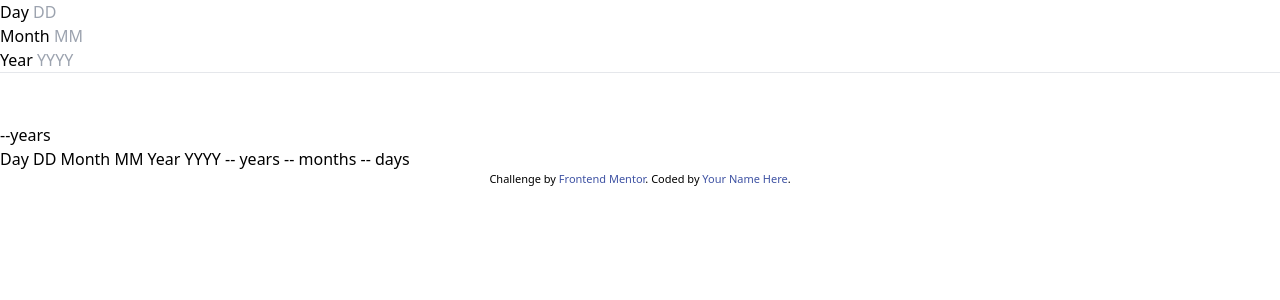
Repository: blordeus/age-calculator-app-main
Page: index.html
An editor plug-in stored every save of this project. The page is shown before and after the next save, followed by the edit.
The browser window is 1280 px wide. The pictures show the whole page.

Above is the page before, as saved 2023-08-25 19:54:41.

### index.html
<!DOCTYPE html>
<html lang="en">
<head>
  <meta charset="UTF-8">
  <meta name="viewport" content="width=device-width, initial-scale=1.0"> <!-- displays site properly based on user's device -->

  <link rel="icon" type="image/png" sizes="32x32" href="./assets/images/favicon-32x32.png">
  <link rel="stylesheet" href="style.css">
  <link rel="stylesheet" href="./dist/output.css">
  <title>Frontend Mentor | Age calculator app</title>

</head>
<body>
  <div class="card">
    <div class="card-container">
      <form>
        <div class="form_container">
          <div class="block">
            <label for="day">Day</label>
            <input type="text" id="day" placeholder="DD">
            <small></small>
          </div>
          <div class="block">
            <label for="month">Month</label>
            <input type="text" id="month" placeholder="MM">
            <small></small>
          </div>
          <div class="block">
            <label for="year">Year</label>
            <input type="text" id="year" placeholder="YYYY">
            <small></small>
          </div>
          <div class="submit_block">
            <hr>
            <button type="submit" class="submit_btn">
              <img src="./assets/images/icon-arrow.svg" alt="arrow icon">
            </button>
          </div>
        </div>
      </form>
      <div class="output">
        <h1><span id="YY">--</span>years</h1>
      </div>
    </div>
  </div>

  Day
  DD

  Month
  MM

  Year
  YYYY

  -- years
  -- months
  -- days

  <div class="attribution">
    Challenge by <a rel="noopener" href="https://www.frontendmentor.io?ref=challenge" target="_blank">Frontend Mentor</a>.
    Coded by <a href="#">Your Name Here</a>.
  </div>

  <script class="script.js"></script>
</body>
</html>

### style.css
  @import url('https://fonts.googleapis.com/css2?family=Manrope:wght@800&display=swap');

  .attribution { font-size: 11px; text-align: center; }
  .attribution a { color: hsl(228, 45%, 44%); }

### dist/output.css
/*
! tailwindcss v3.3.3 | MIT License | https://tailwindcss.com
*/

/*
1. Prevent padding and border from affecting element width. (https://github.com/mozdevs/cssremedy/issues/4)
2. Allow adding a border to an element by just adding a border-width. (https://github.com/tailwindcss/tailwindcss/pull/116)
*/

*,
::before,
::after {
  box-sizing: border-box;
  /* 1 */
  border-width: 0;
  /* 2 */
  border-style: solid;
  /* 2 */
  border-color: #e5e7eb;
  /* 2 */
}

::before,
::after {
  --tw-content: '';
}

/*
1. Use a consistent sensible line-height in all browsers.
2. Prevent adjustments of font size after orientation changes in iOS.
3. Use a more readable tab size.
4. Use the user's configured `sans` font-family by default.
5. Use the user's configured `sans` font-feature-settings by default.
6. Use the user's configured `sans` font-variation-settings by default.
*/

html {
  line-height: 1.5;
  /* 1 */
  -webkit-text-size-adjust: 100%;
  /* 2 */
  -moz-tab-size: 4;
  /* 3 */
  -o-tab-size: 4;
     tab-size: 4;
  /* 3 */
  font-family: ui-sans-serif, system-ui, -apple-system, BlinkMacSystemFont, "Segoe UI", Roboto, "Helvetica Neue", Arial, "Noto Sans", sans-serif, "Apple Color Emoji", "Segoe UI Emoji", "Segoe UI Symbol", "Noto Color Emoji";
  /* 4 */
  font-feature-settings: normal;
  /* 5 */
  font-variation-settings: normal;
  /* 6 */
}

/*
1. Remove the margin in all browsers.
2. Inherit line-height from `html` so users can set them as a class directly on the `html` element.
*/

body {
  margin: 0;
  /* 1 */
  line-height: inherit;
  /* 2 */
}

/*
1. Add the correct height in Firefox.
2. Correct the inheritance of border color in Firefox. (https://bugzilla.mozilla.org/show_bug.cgi?id=190655)
3. Ensure horizontal rules are visible by default.
*/

hr {
  height: 0;
  /* 1 */
  color: inherit;
  /* 2 */
  border-top-width: 1px;
  /* 3 */
}

/*
Add the correct text decoration in Chrome, Edge, and Safari.
*/

abbr:where([title]) {
  -webkit-text-decoration: underline dotted;
          text-decoration: underline dotted;
}

/*
Remove the default font size and weight for headings.
*/

h1,
h2,
h3,
h4,
h5,
h6 {
  font-size: inherit;
  font-weight: inherit;
}

/*
Reset links to optimize for opt-in styling instead of opt-out.
*/

a {
  color: inherit;
  text-decoration: inherit;
}

/*
Add the correct font weight in Edge and Safari.
*/

b,
strong {
  font-weight: bolder;
}

/*
1. Use the user's configured `mono` font family by default.
2. Correct the odd `em` font sizing in all browsers.
*/

code,
kbd,
samp,
pre {
  font-family: ui-monospace, SFMono-Regular, Menlo, Monaco, Consolas, "Liberation Mono", "Courier New", monospace;
  /* 1 */
  font-size: 1em;
  /* 2 */
}

/*
Add the correct font size in all browsers.
*/

small {
  font-size: 80%;
}

/*
Prevent `sub` and `sup` elements from affecting the line height in all browsers.
*/

sub,
sup {
  font-size: 75%;
  line-height: 0;
  position: relative;
  vertical-align: baseline;
}

sub {
  bottom: -0.25em;
}

sup {
  top: -0.5em;
}

/*
1. Remove text indentation from table contents in Chrome and Safari. (https://bugs.chromium.org/p/chromium/issues/detail?id=999088, https://bugs.webkit.org/show_bug.cgi?id=201297)
2. Correct table border color inheritance in all Chrome and Safari. (https://bugs.chromium.org/p/chromium/issues/detail?id=935729, https://bugs.webkit.org/show_bug.cgi?id=195016)
3. Remove gaps between table borders by default.
*/

table {
  text-indent: 0;
  /* 1 */
  border-color: inherit;
  /* 2 */
  border-collapse: collapse;
  /* 3 */
}

/*
1. Change the font styles in all browsers.
2. Remove the margin in Firefox and Safari.
3. Remove default padding in all browsers.
*/

button,
input,
optgroup,
select,
textarea {
  font-family: inherit;
  /* 1 */
  font-feature-settings: inherit;
  /* 1 */
  font-variation-settings: inherit;
  /* 1 */
  font-size: 100%;
  /* 1 */
  font-weight: inherit;
  /* 1 */
  line-height: inherit;
  /* 1 */
  color: inherit;
  /* 1 */
  margin: 0;
  /* 2 */
  padding: 0;
  /* 3 */
}

/*
Remove the inheritance of text transform in Edge and Firefox.
*/

button,
select {
  text-transform: none;
}

/*
1. Correct the inability to style clickable types in iOS and Safari.
2. Remove default button styles.
*/

button,
[type='button'],
[type='reset'],
[type='submit'] {
  -webkit-appearance: button;
  /* 1 */
  background-color: transparent;
  /* 2 */
  background-image: none;
  /* 2 */
}

/*
Use the modern Firefox focus style for all focusable elements.
*/

:-moz-focusring {
  outline: auto;
}

/*
Remove the additional `:invalid` styles in Firefox. (https://github.com/mozilla/gecko-dev/blob/2f9eacd9d3d995c937b4251a5557d95d494c9be1/layout/style/res/forms.css#L728-L737)
*/

:-moz-ui-invalid {
  box-shadow: none;
}

/*
Add the correct vertical alignment in Chrome and Firefox.
*/

progress {
  vertical-align: baseline;
}

/*
Correct the cursor style of increment and decrement buttons in Safari.
*/

::-webkit-inner-spin-button,
::-webkit-outer-spin-button {
  height: auto;
}

/*
1. Correct the odd appearance in Chrome and Safari.
2. Correct the outline style in Safari.
*/

[type='search'] {
  -webkit-appearance: textfield;
  /* 1 */
  outline-offset: -2px;
  /* 2 */
}

/*
Remove the inner padding in Chrome and Safari on macOS.
*/

::-webkit-search-decoration {
  -webkit-appearance: none;
}

/*
1. Correct the inability to style clickable types in iOS and Safari.
2. Change font properties to `inherit` in Safari.
*/

::-webkit-file-upload-button {
  -webkit-appearance: button;
  /* 1 */
  font: inherit;
  /* 2 */
}

/*
Add the correct display in Chrome and Safari.
*/

summary {
  display: list-item;
}

/*
Removes the default spacing and border for appropriate elements.
*/

blockquote,
dl,
dd,
h1,
h2,
h3,
h4,
h5,
h6,
hr,
figure,
p,
pre {
  margin: 0;
}

fieldset {
  margin: 0;
  padding: 0;
}

legend {
  padding: 0;
}

ol,
ul,
menu {
  list-style: none;
  margin: 0;
  padding: 0;
}

/*
Reset default styling for dialogs.
*/

dialog {
  padding: 0;
}

/*
Prevent resizing textareas horizontally by default.
*/

textarea {
  resize: vertical;
}

/*
1. Reset the default placeholder opacity in Firefox. (https://github.com/tailwindlabs/tailwindcss/issues/3300)
2. Set the default placeholder color to the user's configured gray 400 color.
*/

input::-moz-placeholder, textarea::-moz-placeholder {
  opacity: 1;
  /* 1 */
  color: #9ca3af;
  /* 2 */
}

input::placeholder,
textarea::placeholder {
  opacity: 1;
  /* 1 */
  color: #9ca3af;
  /* 2 */
}

/*
Set the default cursor for buttons.
*/

button,
[role="button"] {
  cursor: pointer;
}

/*
Make sure disabled buttons don't get the pointer cursor.
*/

:disabled {
  cursor: default;
}

/*
1. Make replaced elements `display: block` by default. (https://github.com/mozdevs/cssremedy/issues/14)
2. Add `vertical-align: middle` to align replaced elements more sensibly by default. (https://github.com/jensimmons/cssremedy/issues/14#issuecomment-634934210)
   This can trigger a poorly considered lint error in some tools but is included by design.
*/

img,
svg,
video,
canvas,
audio,
iframe,
embed,
object {
  display: block;
  /* 1 */
  vertical-align: middle;
  /* 2 */
}

/*
Constrain images and videos to the parent width and preserve their intrinsic aspect ratio. (https://github.com/mozdevs/cssremedy/issues/14)
*/

img,
video {
  max-width: 100%;
  height: auto;
}

/* Make elements with the HTML hidden attribute stay hidden by default */

[hidden] {
  display: none;
}

*, ::before, ::after {
  --tw-border-spacing-x: 0;
  --tw-border-spacing-y: 0;
  --tw-translate-x: 0;
  --tw-translate-y: 0;
  --tw-rotate: 0;
  --tw-skew-x: 0;
  --tw-skew-y: 0;
  --tw-scale-x: 1;
  --tw-scale-y: 1;
  --tw-pan-x:  ;
  --tw-pan-y:  ;
  --tw-pinch-zoom:  ;
  --tw-scroll-snap-strictness: proximity;
  --tw-gradient-from-position:  ;
  --tw-gradient-via-position:  ;
  --tw-gradient-to-position:  ;
  --tw-ordinal:  ;
  --tw-slashed-zero:  ;
  --tw-numeric-figure:  ;
  --tw-numeric-spacing:  ;
  --tw-numeric-fraction:  ;
  --tw-ring-inset:  ;
  --tw-ring-offset-width: 0px;
  --tw-ring-offset-color: #fff;
  --tw-ring-color: rgb(59 130 246 / 0.5);
  --tw-ring-offset-shadow: 0 0 #0000;
  --tw-ring-shadow: 0 0 #0000;
  --tw-shadow: 0 0 #0000;
  --tw-shadow-colored: 0 0 #0000;
  --tw-blur:  ;
  --tw-brightness:  ;
  --tw-contrast:  ;
  --tw-grayscale:  ;
  --tw-hue-rotate:  ;
  --tw-invert:  ;
  --tw-saturate:  ;
  --tw-sepia:  ;
  --tw-drop-shadow:  ;
  --tw-backdrop-blur:  ;
  --tw-backdrop-brightness:  ;
  --tw-backdrop-contrast:  ;
  --tw-backdrop-grayscale:  ;
  --tw-backdrop-hue-rotate:  ;
  --tw-backdrop-invert:  ;
  --tw-backdrop-opacity:  ;
  --tw-backdrop-saturate:  ;
  --tw-backdrop-sepia:  ;
}

::backdrop {
  --tw-border-spacing-x: 0;
  --tw-border-spacing-y: 0;
  --tw-translate-x: 0;
  --tw-translate-y: 0;
  --tw-rotate: 0;
  --tw-skew-x: 0;
  --tw-skew-y: 0;
  --tw-scale-x: 1;
  --tw-scale-y: 1;
  --tw-pan-x:  ;
  --tw-pan-y:  ;
  --tw-pinch-zoom:  ;
  --tw-scroll-snap-strictness: proximity;
  --tw-gradient-from-position:  ;
  --tw-gradient-via-position:  ;
  --tw-gradient-to-position:  ;
  --tw-ordinal:  ;
  --tw-slashed-zero:  ;
  --tw-numeric-figure:  ;
  --tw-numeric-spacing:  ;
  --tw-numeric-fraction:  ;
  --tw-ring-inset:  ;
  --tw-ring-offset-width: 0px;
  --tw-ring-offset-color: #fff;
  --tw-ring-color: rgb(59 130 246 / 0.5);
  --tw-ring-offset-shadow: 0 0 #0000;
  --tw-ring-shadow: 0 0 #0000;
  --tw-shadow: 0 0 #0000;
  --tw-shadow-colored: 0 0 #0000;
  --tw-blur:  ;
  --tw-brightness:  ;
  --tw-contrast:  ;
  --tw-grayscale:  ;
  --tw-hue-rotate:  ;
  --tw-invert:  ;
  --tw-saturate:  ;
  --tw-sepia:  ;
  --tw-drop-shadow:  ;
  --tw-backdrop-blur:  ;
  --tw-backdrop-brightness:  ;
  --tw-backdrop-contrast:  ;
  --tw-backdrop-grayscale:  ;
  --tw-backdrop-hue-rotate:  ;
  --tw-backdrop-invert:  ;
  --tw-backdrop-opacity:  ;
  --tw-backdrop-saturate:  ;
  --tw-backdrop-sepia:  ;
}

.block {
  display: block;
}

.content-\[attr\(data-content\)\] {
  --tw-content: attr(data-content);
  content: var(--tw-content);
}

After the next save:
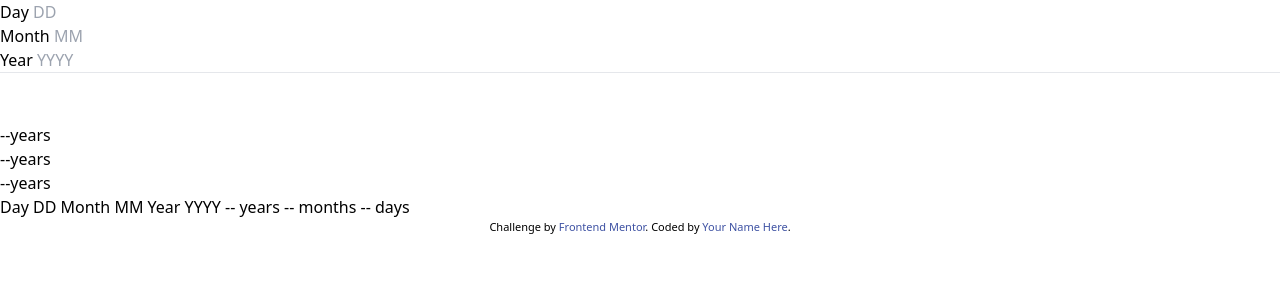
Saved 10 s later.
--- a/index.html
+++ b/index.html
@@ -40,6 +40,8 @@
       </form>
       <div class="output">
         <h1><span id="YY">--</span>years</h1>
+        <h1><span id="YY">--</span>years</h1>
+        <h1><span id="YY">--</span>years</h1>
       </div>
     </div>
   </div>
